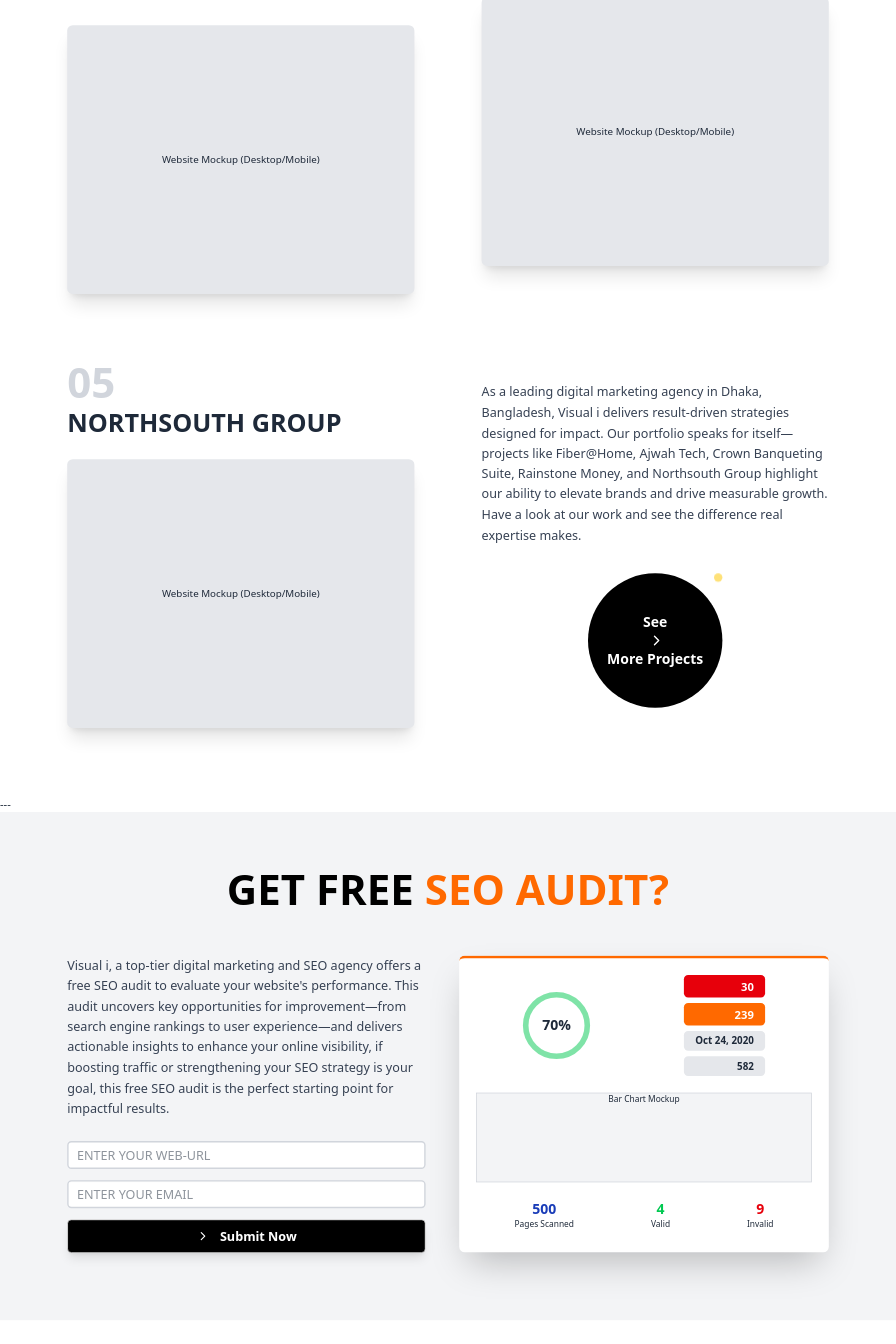
Repository: mdmuhibullahhabib/weboria
Page: /
An editor plug-in stored every save of this project. The page is shown before and after the next save, followed by the edit.
The browser window is 1280 px wide. The pictures show the part of the page from y = 4580 to 6500 px (the page is 7384 px tall before and 7360 px after), at 70% of full size.
The project was rebuilt for these pictures with package versions that can differ from the ones it lists, and the page was loaded fresh each time. Some packages were replaced by stand-ins written for this rebuild. The framework's server and built-in components were replaced by stand-ins that run in the browser. Also part of the build but not shown: next.config.mjs.

Above is the page before, as saved 2025-10-02 23:51:05.

### src/app/layout.js
import { Geist, Geist_Mono } from "next/font/google";
import "./globals.css";
import Navbar from "@/components/Navbar";
import Footer from "@/components/Footer";
import { Toaster } from "react-hot-toast";

const geistSans = Geist({
  variable: "--font-geist-sans",
  subsets: ["latin"],
});

const geistMono = Geist_Mono({
  variable: "--font-geist-mono",
  subsets: ["latin"],
});

export const metadata = {
  title: "Weboria",
  description: "Digital Marketing Agency",
  icons: "/favicon.ico",
};

export default function RootLayout({ children }) {
  return (
    <html lang="en">
      <body
        className={`${geistSans.variable} ${geistMono.variable} antialiased`}
      >

        <Navbar />
        <Toaster />
        {children}
        <Footer />
      </body>
    </html>
  );
}

### src/app/page.js
import React from 'react';
import { ChevronRight, Zap, TrendingUp, Shield, Layers, Lightbulb, Rocket } from 'lucide-react';
import Marquee from './Home/components/Marquee';
import Service from '@/components/Service';
import ScrollingLogos from './Home/components/ScrollingLogos';
// Assuming you'll use lucide-react for the icons.

// Placeholder components for images/logos to keep the code clean.
// In a real Next.js app, you'd replace these with <Image> components pointing to your assets.
const ImagePlaceholder = ({ children, className = "bg-gray-200 h-full w-full flex items-center justify-center text-gray-500" }) => (
  <div className={className}>{children}</div>
);

const Home = () => {
  return (
    <div className="min-h-screen bg-white text-gray-800 antialiased">

      {/* 1. Hero / Empowering Digital Presence Section */}
      <section className="relative py-20 px-4 lg:px-20 overflow-hidden">

        {/* Large, transparent background text */}
        <div className="hidden lg:block absolute top-10 left-0 w-full h-full pointer-events-none">
          <h1 className="text-[12rem] xl:text-[14rem] font-black leading-none uppercase text-gray-200 opacity-20 whitespace-nowrap -translate-x-10">
            APP WEB APPLICATION
          </h1>
        </div>

        <div className="relative z-10 flex flex-col lg:flex-row items-start justify-between">

          {/* Left Content: Title and Image */}
          <div className="lg:w-1/2 mb-10 lg:mb-0 pr-4">
            <p className="text-7xl md:text-9xl font-serif font-extrabold mb-4 text-black leading-tight">
              EMPOWERING
            </p>
            <div className="flex items-center space-x-4 mb-4">
              <ImagePlaceholder className="w-24 h-24 object-cover rounded-md bg-gray-300">
                <Layers size={32} />
              </ImagePlaceholder>
              <p className="text-4xl md:text-6xl font-serif font-extrabold text-orange-500">
                YOUR DIGITAL
              </p>
            </div>
            <p className="text-7xl md:text-9xl font-serif font-extrabold text-black leading-tight">
              PRESENCE
            </p>
          </div>

          {/* Right Content: About Text */}
          <div className="lg:w-1/2 max-w-lg lg:pt-16">
            <p className="text-xl font-bold mb-4 text-orange-500">Visual i</p>
            <p className="text-lg leading-relaxed text-gray-700">
              Visual i is an international **digital marketing agency** with a head office in the UK and a country office in Banani, Dhaka, Bangladesh. We specialize in helping businesses excel online with services like SEO, social media marketing, Google Ads, PR, graphic design, cyber security, web development, and so on. Since our founding, we've worked with companies across the globe to enhance their digital presence.
            </p>
            <p className="text-lg leading-relaxed mt-4 text-gray-700">
              Whether you need to boost online visibility, drive targeted traffic, or increase customer engagement, we craft bespoke strategies to make your brand shine. Join us and take your business to new heights!
            </p>
          </div>
        </div>
      </section>

      {/* 2. Experience / Stats Section */}
      <section className="py-20 px-4 lg:px-20 bg-gray-50">
        <div className="flex flex-col lg:flex-row items-center justify-between">

          {/* Left: Years of Experience */}
          <div className="lg:w-1/3 mb-10 lg:mb-0 pr-8">
            <p className="text-8xl md:text-9xl font-extrabold text-orange-500 leading-none">
              12+
            </p>
            <p className="text-5xl font-serif font-bold text-gray-800 mt-2">
              YEARS
            </p>
            <p className="text-5xl font-serif font-bold text-gray-800">
              EXPERIENCE
            </p>
            <p className="text-xl mt-6 font-light text-gray-600 border-t pt-4 border-gray-300">
              Result-Driven Digital Marketing Service That Ignites Sales And Drives Traffic.
            </p>
          </div>

          {/* Right: Feature Boxes */}
          <div className="lg:w-2/3 grid grid-cols-1 sm:grid-cols-2 gap-8 p-4">
            {/* Box 1 (Top Left) */}
            <div className="border border-orange-300 p-6 rounded-lg">
              <h3 className="text-2xl font-bold mb-2 text-orange-500">ROI-Oriented</h3>
              <p className="text-gray-600 text-sm mb-4">At Visual i, we focus on ROI-driven results—not just promotion. Every strategy is built to deliver measurable growth, real value, and business success.</p>

              <div className="border-t border-orange-300 pt-4">
                <h4 className="text-xl font-bold mt-2 mb-1 text-black">Conversion Rate</h4>
                <p className="text-gray-600 text-sm">At Visual i, we enhance conversion rates by optimizing strategies that turn visitors into loyal customers, driving real growth and success.</p>
              </div>
            </div>

            {/* Box 2 (Top Right) */}
            <div className="border border-orange-300 p-6 rounded-lg">
              <h3 className="text-2xl font-bold mb-2 text-orange-500">Responsive Design</h3>
              <p className="text-gray-600 text-sm mb-4">At Visual i, we create responsive designs that ensure your website looks perfect on any device, delivering a seamless experience for all users.</p>

              <div className="border-t border-orange-300 pt-4">
                <h4 className="text-xl font-bold mt-2 mb-1 text-black">Creative Design</h4>
                <p className="text-gray-600 text-sm">At Visual i, creative design goes beyond visuals—we build bold, scroll-stopping designs that capture attention, spark emotion, and drive your audience to act.</p>
              </div>
            </div>

            {/* Box 3 (Bottom Left) - Replicating the 3-box structure where the third box is below the first two. */}
            <div className="border border-orange-300 p-6 rounded-lg">
              <h3 className="text-2xl font-bold mb-2 text-orange-500">Data Protection</h3>
              <p className="text-gray-600 text-sm mb-4">At Visual i, we safeguard your data with top-tier security, ensuring protection and confidentiality while you focus on growing your business and 24/7 monitoring.</p>

              <div className="border-t border-orange-300 pt-4">
                <h4 className="text-xl font-bold mt-2 mb-1 text-black">Business Growth</h4>
                <p className="text-gray-600 text-sm">Boost your business growth with a powerful website, app, and SEO. Visual i optimizes every aspect to drive traffic, engagement, and conversions.</p>
              </div>
            </div>
          </div>
        </div>
      </section>

      {/* New Marquee Component */}
      <Marquee />

      {/* 3. Services Overview Section */}
      <Service />

      {/* 4. Client Logos Section */}
      <ScrollingLogos />

      {/* 5. Featured Projects Section */}
      <section className="py-20 px-4 lg:px-20">
        <h2 className="text-5xl font-semibold text-black text-center">
          OUR FEATURED
        </h2>
        <h2 className='text-orange-500 text-4xl ml-[620px]'> PROJECTS</h2>

        <div className="grid grid-cols-1 lg:grid-cols-2 gap-16 mt-16">

          {/* Project 1: FIBER @ HOME */}
          <div className="flex flex-col p-4">
            <p className="text-6xl font-bold text-gray-300 mb-2">01</p>
            <h3 className="text-4xl font-bold mb-8">FIBER @ HOME</h3>
            <ImagePlaceholder className="relative w-full h-96 bg-gray-200 flex items-center justify-center rounded-lg shadow-xl overflow-hidden">
              {/* Complex mockup with desktop and mobile view */}
              <p className="text-sm">Website Mockup (Desktop/Mobile)</p>
            </ImagePlaceholder>
          </div>

          {/* Project 2: AJWAH TECH */}
          <div className="flex flex-col p-4">
            <p className="text-6xl font-bold text-gray-300 mb-2">02</p>
            <h3 className="text-4xl font-bold mb-8">AJWAH TECH</h3>
            <ImagePlaceholder className="relative w-full h-96 bg-gray-200 flex items-center justify-center rounded-lg shadow-xl overflow-hidden">
              <p className="text-sm">Website Mockup (Desktop/Mobile)</p>
            </ImagePlaceholder>
          </div>

          {/* Project 3: CROWN BANQUETING SUITE */}
          <div className="flex flex-col p-4">
            <p className="text-6xl font-bold text-gray-300 mb-2">03</p>
            <h3 className="text-4xl font-bold mb-8">CROWN BANQUETING SUITE</h3>
            <ImagePlaceholder className="relative w-full h-96 bg-gray-200 flex items-center justify-center rounded-lg shadow-xl overflow-hidden">
              <p className="text-sm">Website Mockup (Desktop/Mobile)</p>
            </ImagePlaceholder>
          </div>

          {/* Project 4: RAINSTONE MONEY */}
          <div className="flex flex-col p-4">
            <p className="text-6xl font-bold text-gray-300 mb-2">04</p>
            <h3 className="text-4xl font-bold mb-8">RAINSTONE MONEY</h3>
            <ImagePlaceholder className="relative w-full h-96 bg-gray-200 flex items-center justify-center rounded-lg shadow-xl overflow-hidden">
              <p className="text-sm">Website Mockup (Desktop/Mobile)</p>
            </ImagePlaceholder>
          </div>

          {/* Project 5: NORTHSOUTH GROUP */}
          <div className="flex flex-col p-4">
            <p className="text-6xl font-bold text-gray-300 mb-2">05</p>
            <h3 className="text-4xl font-bold mb-8">NORTHSOUTH GROUP</h3>
            <ImagePlaceholder className="relative w-full h-96 bg-gray-200 flex items-center justify-center rounded-lg shadow-xl overflow-hidden">
              <p className="text-sm">Website Mockup (Desktop/Mobile)</p>
            </ImagePlaceholder>
          </div>

          {/* Project Text/CTA */}
          <div className="flex flex-col justify-center p-4">
            <p className="text-lg leading-relaxed mb-10 text-gray-700">
              As a leading digital marketing agency in Dhaka, Bangladesh, Visual i delivers result-driven strategies designed for impact. Our portfolio speaks for itself—projects like Fiber@Home, Ajwah Tech, Crown Banqueting Suite, Rainstone Money, and Northsouth Group highlight our ability to elevate brands and drive measurable growth. Have a look at our work and see the difference real expertise makes.
            </p>

            {/* "See More Projects" CTA - large black circle */}
            <div className="relative w-48 h-48 mx-auto">
              <a
                href="/projects"
                className="absolute w-full h-full rounded-full bg-black text-white flex flex-col items-center justify-center text-xl font-semibold hover:bg-gray-800 transition"
              >
                See <ChevronRight className="inline ml-1" size={24} /> More Projects
              </a>
              {/* Yellow dot detail */}
              <div className="absolute top-0 right-0 w-3 h-3 bg-yellow-400 rounded-full animate-pulse"></div>
            </div>
          </div>
        </div>
      </section>

      ---

      {/* 6. Get Free SEO Audit CTA Section */}
      <section className="py-20 px-4 lg:px-20 bg-gray-100 text-center">
        <h2 className="text-6xl font-extrabold text-black">
          GET FREE <span className='text-orange-500'>SEO AUDIT?</span>
        </h2>

        <div className="flex flex-col lg:flex-row items-center justify-between max-w-6xl mx-auto mt-12">

          {/* Left: Input Form */}
          <div className="lg:w-1/2 p-4 lg:pr-8">
            <p className="text-lg leading-relaxed mb-8 text-gray-700 lg:text-left">
              Visual i, a top-tier digital marketing and SEO agency offers a free SEO audit to evaluate your website's performance. This audit uncovers key opportunities for improvement—from search engine rankings to user experience—and delivers actionable insights to enhance your online visibility, if boosting traffic or strengthening your SEO strategy is your goal, this free SEO audit is the perfect starting point for impactful results.
            </p>
            <div className="space-y-4 max-w-sm lg:max-w-none mx-auto lg:mx-0">
              <input
                type="url"
                placeholder="ENTER YOUR WEB-URL"
                className="input w-full p-3 border-2 border-gray-300 focus:border-black rounded-md bg-white text-lg"
              />
              <input
                type="email"
                placeholder="ENTER YOUR EMAIL"
                className="input w-full p-3 border-2 border-gray-300 focus:border-black rounded-md bg-white text-lg"
              />
              <button className="btn btn-lg bg-black text-white rounded-md shadow-lg hover:bg-gray-800 transition w-full max-w-sm lg:max-w-none">
                <ChevronRight size={20} className="inline mr-2" /> Submit Now
              </button>
            </div>
          </div>

          {/* Right: Dashboard/Charts Image (Placeholder) */}
          <div className="lg:w-1/2 mt-10 lg:mt-0 p-4">
            {/* The complex SEO chart visual is mocked here using simple boxes and text */}
            <div className="bg-white p-6 shadow-2xl rounded-lg border-t-4 border-orange-500">
              <div className='flex justify-around items-center mb-6'>
                {/* Mock Pie Chart */}
                <div className='w-24 h-24 rounded-full border-8 border-green-500/50 flex items-center justify-center text-xl font-bold'>70%</div>

                {/* Mock Bars/Data */}
                <div className='space-y-2'>
                  <div className='bg-red-600 text-white p-1 px-4 rounded-md text-right font-bold'>30</div>
                  <div className='bg-orange-500 text-white p-1 px-4 rounded-md text-right font-bold'>239</div>
                  <div className='bg-gray-200 text-gray-800 p-1 px-4 rounded-md text-right font-bold text-sm'>Oct 24, 2020</div>
                  <div className='bg-gray-200 text-gray-800 p-1 px-4 rounded-md text-right font-bold text-sm'>582</div>
                </div>
              </div>

              {/* Mock Bar Chart Area */}
              <ImagePlaceholder className="h-32 bg-gray-100 border border-gray-300">
                <p className='text-xs'>Bar Chart Mockup</p>
              </ImagePlaceholder>

              {/* Mock Small Circle Data */}
              <div className='flex justify-around mt-4 text-center'>
                <div className='p-2'><p className='text-xl font-bold text-blue-800'>500</p><p className='text-xs'>Pages Scanned</p></div>
                <div className='p-2'><p className='text-xl font-bold text-green-500'>4</p><p className='text-xs'>Valid</p></div>
                <div className='p-2'><p className='text-xl font-bold text-red-600'>9</p><p className='text-xs'>Invalid</p></div>
              </div>
            </div>
          </div>
        </div>
      </section>

      {/* 7. Full Range of Services Menu (The text part only, as the menu itself is complex) */}
      <section className="py-20 px-4 lg:px-20 text-center">
        <h2 className="text-6xl font-extrabold text-black">
          OUR FULL RANGE
        </h2>
        <h2 className="text-6xl font-extrabold text-orange-500 mb-8">
          OF SERVICES MENU
        </h2>

        <p className="max-w-3xl mx-auto text-lg text-gray-600">
          At Visual i, a top digital marketing agency in Banani, Dhaka, we deliver a complete suite of services to elevate your brand. From high-impact SEO packages to dynamic social media strategies by our expert SMM team, plus custom website development—we handle everything your business needs to thrive online.
        </p>

        {/* This seems to be the end of the content before the footer/service menu on the main scroll page */}
      </section>

    </div>
  );
};

export default Home;

### src/app/Home/components/Marquee.jsx
"use client"
import React from 'react';

// Using the Diamond icon for the separator, which closely matches the image.
const DiamondSeparator = () => (
    <span
      className="inline-block text-gray-300 text-3xl sm:text-4xl md:text-5xl lg:text-6xl mx-8 align-middle"
      style={{ transform: 'rotate(45deg)', opacity: 0.7 }}
    >
      &#9670; {/* Unicode for a diamond */}
    </span>
);

const Marquee = () => {
  // Repeating a list of services/keywords
  const marqueeText = [
    "DIGITAL MARKETING",
    "SEO",
    "GRAPHIC DESIGN",
    "WEB DEVELOPMENT",
    "CYBER SECURITY",
    "PR"
  ];

  // Duplicate the content to ensure seamless loop
  const fullMarqueeContent = [...marqueeText, ...marqueeText];

  return (
    <div className="relative w-full overflow-hidden bg-white py-6 sm:py-8 border-y border-gray-100">
      {/* This div is set to animate using the custom CSS keyframes defined below.
        It needs to be wider than its parent to scroll.
      */}
      <div className="animate-marquee whitespace-nowrap inline-block">
        {fullMarqueeContent.map((text, index) => (
          <React.Fragment key={index}>
            <span
              className="inline-block text-3xl sm:text-4xl md:text-5xl lg:text-6xl font-extrabold font-sans tracking-wide mx-4 uppercase"
              style={{
                  // Custom styling for the outlined/hollow text effect
                  WebkitTextStroke: '2px #333', // Dark outline
                  WebkitTextFillColor: 'transparent', // Transparent fill
                  color: 'transparent', // Fallback for standard browsers
                  fontFamily: 'Oswald, sans-serif' // Suggesting a suitable bold font style
              }}
            >
              {text}
            </span>
            {/* Add separator between all elements */}
            {index < fullMarqueeContent.length - 1 && (
                <DiamondSeparator />
            )}
          </React.Fragment>
        ))}
      </div>

      {/* Global CSS for the Marquee Animation */}
      {/* Note: In a real Next.js app, this should often go into a global CSS file,
          but for single-file component generation, we use a style tag. */}
      <style jsx global>{`
        @keyframes marquee {
          0% { transform: translateX(0%); }
          100% { transform: translateX(-50%); } /* Scrolls through one full set of content */
        }
        .animate-marquee {
          animation: marquee 35s linear infinite; /* Adjust duration to control speed */
          display: inline-block;
          will-change: transform; /* Performance optimization */
        }
      `}</style>
    </div>
  );
};

export default Marquee;

### src/app/Home/components/ScrollingLogos.jsx
"use client"
import React from "react";

const logos = [
    { name: "Pico", color: "text-blue-700", size: "text-3xl", weight: "font-extrabold" },
    { name: "frontpose", color: "text-gray-700", size: "text-3xl", weight: "font-extrabold" },
    { name: "NORTH SOUTH GROUP", color: "text-green-700", size: "text-xl", weight: "font-bold" },
    { name: "PAYLAKES", color: "text-yellow-500", size: "text-3xl", weight: "font-extrabold" },
    { name: "RAINSTONE MONEY", color: "text-gray-700", size: "text-xl", weight: "font-bold" },
    { name: "TSG Accountants", color: "text-gray-700", size: "text-xl", weight: "font-bold" },
];

const ScrollingLogos = () => {
    return (
        <section className="py-6 px-4 lg:px-20 overflow-hidden">
            <div className="border-t border-b border-gray-200 py-10">
                <div className="flex animate-marquee space-x-2">
                    {/** Repeat logos twice for seamless scroll */}
                    {[...logos, ...logos].map((logo, index) => (
                        <div key={index} className="flex-shrink-0 w-1/3 md:w-1/6 p-1">
                            <p className={`${logo.size} ${logo.weight} ${logo.color} text-center`}>
                                {logo.name.includes(" ") ? logo.name.split(" ")[0] : logo.name}
                                {logo.name.includes(" ") && <span className="font-light"> {logo.name.split(" ").slice(1).join(" ")}</span>}
                            </p>
                        </div>
                    ))}
                </div>
            </div>

            <style jsx>{`
        @keyframes marquee {
          0% { transform: translateX(0%); }
          100% { transform: translateX(-50%); }
        }
        .animate-marquee {
          display: flex;
          width: max-content;
          animation: marquee 30s linear infinite;
        }
      `}</style>
        </section>
    );
};

export default ScrollingLogos;

Loaded but not shown: src/app/globals.css (common file); src/components/Service.jsx (135 lines, source omitted); src/components/Footer.jsx (159 lines, source omitted); src/components/Navbar.jsx (103 lines, source omitted)

After the next save:
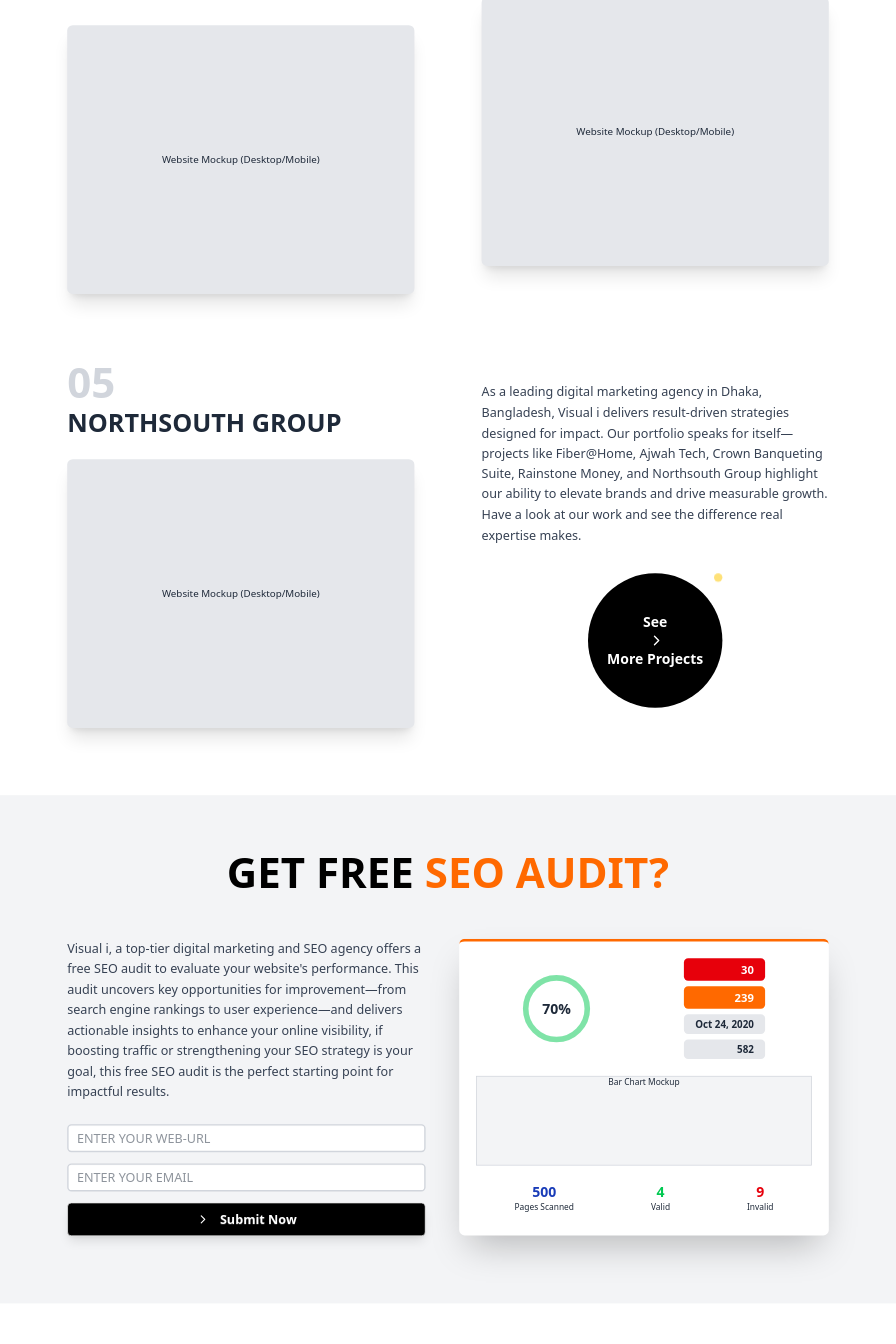
Saved 3 min 46 s later.
--- a/src/app/page.js
+++ b/src/app/page.js
@@ -201,7 +201,6 @@ const Home = () => {
         </div>
       </section>
 
-      ---
 
       {/* 6. Get Free SEO Audit CTA Section */}
       <section className="py-20 px-4 lg:px-20 bg-gray-100 text-center">
